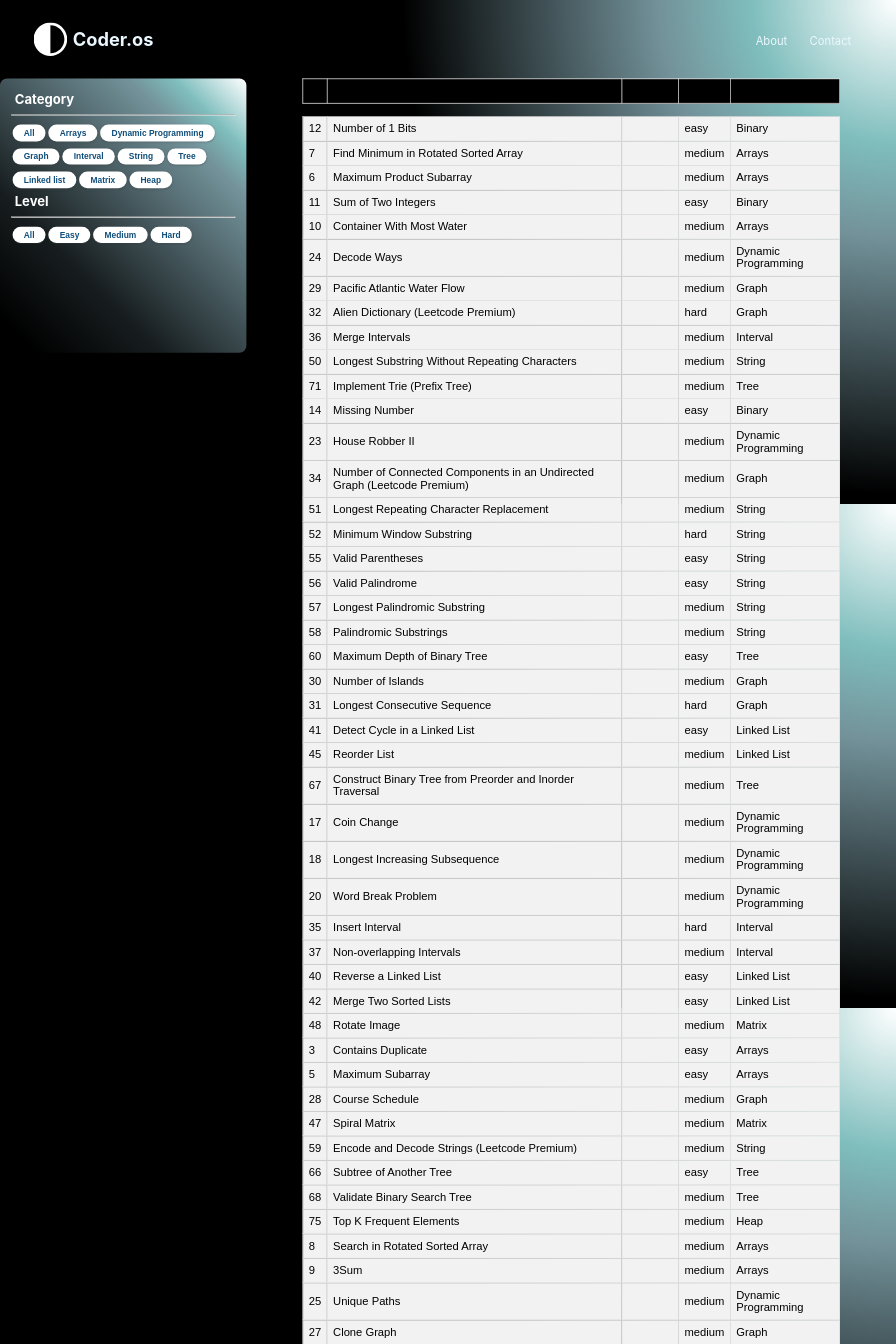
Repository: xoshiraghavx/Coder.os
Page: /mainpage (app in my-app/)
The author's editor kept a copy of each file at every save. The page is drawn from the files as they stood at one save, then again after the next save.
The browser window is 1280 px wide. The pictures show the part of the page from y = 0 to 1920 px (the page is 3026 px tall), at 70% of full size.
Backgrounds fixed to the window are drawn as part of the page. The project was rebuilt for these pictures with package versions that can differ from the ones it lists, and the page was loaded fresh each time. Also part of the build but not shown: my-app/src/components/Home/Home.css, my-app/src/components/Home/Home.jsx.

Above is the page before, as saved 2022-12-17 14:19:19.

### my-app/public/index.html
<!DOCTYPE html>
<html lang="en">
  <head>
    <meta charset="utf-8" />
    <link rel="icon" href="%PUBLIC_URL%/assests/logo.png" />
    <meta name="viewport" content="width=device-width, initial-scale=1" />
    <meta name="theme-color" content="#000000" />
    <meta
      name="description"
      content="Web site created using create-react-app"
    />
    <link rel="apple-touch-icon" href="%PUBLIC_URL%/logo192.png" />
    <!--
      manifest.json provides metadata used when your web app is installed on a
      user's mobile device or desktop. See https://developers.google.com/web/fundamentals/web-app-manifest/
    -->
    <link rel="manifest" href="%PUBLIC_URL%/manifest.json" />
    <!--
      Notice the use of %PUBLIC_URL% in the tags above.
      It will be replaced with the URL of the `public` folder during the build.
      Only files inside the `public` folder can be referenced from the HTML.

      Unlike "/favicon.ico" or "favicon.ico", "%PUBLIC_URL%/favicon.ico" will
      work correctly both with client-side routing and a non-root public URL.
      Learn how to configure a non-root public URL by running `npm run build`.
    -->
    <title>Coder.os</title>
  </head>
  <body>
    <noscript>You need to enable JavaScript to run this app.</noscript>
    <div id="root"></div>
    <!--
      This HTML file is a template.
      If you open it directly in the browser, you will see an empty page.

      You can add webfonts, meta tags, or analytics to this file.
      The build step will place the bundled scripts into the <body> tag.

      To begin the development, run `npm start` or `yarn start`.
      To create a production bundle, use `npm run build` or `yarn build`.
    -->
  </body>
</html>

### my-app/src/index.js
import React from 'react';
import ReactDOM from 'react-dom/client';
import './index.css';
import App from './App';
import {BrowserRouter as Router} from "react-router-dom";


const root = ReactDOM.createRoot(document.getElementById('root'));
root.render(
  <Router>
  <App />
  </Router>

);

// If you want to start measuring performance in your app, pass a function
// to log results (for example: reportWebVitals(console.log))
// or send to an analytics endpoint. Learn more: https://bit.ly/CRA-vitals

### my-app/src/index.css
body {
  height: 100%;
  padding: 0;
  margin: 0;
  font-family: -apple-system, BlinkMacSystemFont, 'Segoe UI', 'Roboto', 'Oxygen',
    'Ubuntu', 'Cantarell', 'Fira Sans', 'Droid Sans', 'Helvetica Neue',
    sans-serif;
  -webkit-font-smoothing: antialiased;
  -moz-osx-font-smoothing: grayscale;
background: rgb(255,255,255);
background: radial-gradient(circle at top right, rgba(255,255,255,1) 0%, rgba(127,190,189,1) 14%, rgba(115,146,154,1) 23%, rgba(0,0,0,1) 48%);
background-repeat: no-repeat;
height: 100%;
background-attachment: fixed;
/* color: #fff; */
}

code {
  font-family: source-code-pro, Menlo, Monaco, Consolas, 'Courier New',
    monospace;
}

/*
===============
Variables
===============
*/

:root {
  /* dark shades of primary color*/
  --clr-primary-1: hsl(205, 86%, 17%);
  --clr-primary-2: hsl(205, 77%, 27%);
  --clr-primary-3: hsl(205, 72%, 37%);
  --clr-primary-4: hsl(205, 63%, 48%);
  /* primary/main color */
  --clr-primary-5: hsl(205, 78%, 60%);
  /* lighter shades of primary color */
  --clr-primary-6: hsl(205, 89%, 70%);
  --clr-primary-7: hsl(205, 90%, 76%);
  --clr-primary-8: hsl(205, 86%, 81%);
  --clr-primary-9: hsl(205, 90%, 88%);
  --clr-primary-10: hsl(205, 100%, 96%);
  /* darkest grey - used for headings */
  --clr-grey-1: hsl(209, 61%, 16%);
  --clr-grey-2: hsl(211, 39%, 23%);
  --clr-grey-3: hsl(209, 34%, 30%);
  --clr-grey-4: hsl(209, 28%, 39%);
  /* grey used for paragraphs */
  --clr-grey-5: hsl(210, 22%, 49%);
  --clr-grey-6: hsl(209, 23%, 60%);
  --clr-grey-7: hsl(211, 27%, 70%);
  --clr-grey-8: hsl(210, 31%, 80%);
  --clr-grey-9: hsl(212, 33%, 89%);
  --clr-grey-10: hsl(210, 36%, 96%);
  --clr-white: #fff;
  --clr-red-dark: hsl(360, 67%, 44%);
  --clr-red-light: hsl(360, 71%, 66%);
  --clr-green-dark: hsl(125, 67%, 44%);
  --clr-green-light: hsl(125, 71%, 66%);
  --clr-black: #222;
  --ff-primary: "Roboto", sans-serif;
  --ff-secondary: "Open Sans", sans-serif;
  --transition: all 0.3s linear;
  --spacing: 0.1rem;
  --radius: 0.25rem;
  --light-shadow: 0 5px 15px rgba(0, 0, 0, 0.1);
  --dark-shadow: 0 5px 15px rgba(0, 0, 0, 0.2);
  --max-width: 1170px;
  --fixed-width: 620px;
}
h1{
  color: var(--clr-primary-10);
}

### my-app/src/App.jsx
import React from "react";
import Home from "./components/Home/Home";
import MainPage from "./components/MainPage/MainPage";
import {Routes, Route} from "react-router-dom";

function App() {
  return (

     <Routes>
        <Route path="/" element={<Home />} />
          <Route path="/mainpage" element={<MainPage />} />
      </Routes>
  );
}

export default App;

### my-app/src/components/MainPage/MainPage.jsx
import "./MainPage.css";
import FilterSection from "./FilterSection";
import QuestionBank from "./QuestionBank";
import NavBar from "../NavBar/Navbar";

function MainPage() {
  return (
    <div>
      <NavBar />
      <div className="main-section">
        <FilterSection />
        <QuestionBank />
      </div>
    </div>
  );
}

export default MainPage;

### my-app/src/components/NavBar/Navbar.jsx
import "./NavBar.css";

function NavBar() {
  return (
    <div className="navbar">
      <div className="navbar-wrapper">
        <div className="navbar-logo">
          <img src="assests/code-simple.svg" alt="" />
          <div className="nav-bar-logo__name">Coder.os</div>
        </div>
        <div className="navbar-list">
          <ul>
            <li>
              <a>About</a>
            </li>
            <li>
              <a>Contact</a>
            </li>
          </ul>
        </div>
      </div>
    </div>
  );
}

export default NavBar;

### my-app/src/components/MainPage/MainPage.css

.main-section {
  display: flex;
  flex-direction: row;
}
@media only screen and (max-width: 1100px){
  .main-section{
      display: flex;
     flex-direction: column;
  }
}

### my-app/src/components/MainPage/FilterSection.jsx
import React from "react";
import "./FilterSection.css";

function FilterSection() {
  const Button = [
    {
      Name: "All",
    },
    {
      Name: "Arrays",
    },
    {
      Name: "Dynamic Programming",
    },
    {
      Name: "Graph",
    },
    {
      Name: "Interval",
    },
    {
      Name: "String",
    },
    {
      Name: "Tree",
    },
    {
      Name: "Linked list",
    },
    {
      Name: "Matrix",
    },
    {
      Name: "Heap",
    },
  ];
  const Level = [
    {
      Name: 'All',
    },
    {
      Name: 'Easy',
    },
    {
      Name: 'Medium',
    },
    {
      Name: 'Hard',
    }
  ]
  return (
    <div>
      <div className="filter-section">
        <div className="category">
          <div className="category-heading">
            <h3 className="title">Category</h3>
            <hr />
          </div>
          <div className="category-buttons">
          {Button.map((button) => (
            <button className="buttons">{button.Name}</button>
          ))}
          </div>
        </div>

        <div className="level">
          <div className="level-heading">
            <h3 className="title">Level</h3>
            <hr />
          </div>
        </div>
        <div className="level-buttons">
          {
            Level.map((level)=>(
              <button className="buttons">{level.Name}</button>
            ))
          }

        </div>
      </div>
    </div>
  );
}

export default FilterSection;

### my-app/src/components/MainPage/QuestionBank.jsx
import React from "react";
import "./QuestionBank.css";
import Questions from "../../assests/updated.json";


function QuestionBank() {
  const img =() =>{
    return
  }
  return (
    <div>
      <div className="ques-section">
        <table id="customer">
          <tr>
            <th>Id</th>
            <th>Name</th>
            <th>Solution</th>
            <th>Level</th>
            <th>Category</th>
          </tr>
          <br />
          {Questions.map((question) => (
            <>
              <tr>
                <td>{question.Id}</td>
                <td className="name">{question.Name}</td>
                <td>{img}</td>
                <td>{question.Level}</td>
                <td>{question.Category}</td>
              </tr>
            </>
          ))}
        </table>
      </div>
    </div>
  );
}

export default QuestionBank;

### my-app/src/components/NavBar/NavBar.css
.navbar-wrapper{
    height: auto;
    display: flex;
    flex-direction: row;
    padding: 2rem 3rem;
}
.navbar-logo img{
    height: 3rem;
}
.navbar-logo{
    display: flex;
    flex-direction: row;
    color: var(--clr-primary-10);
}
.nav-bar-logo__name{
    margin: 0.5rem;
    font-weight: bold;
    font-size: 26px;
}
.navbar-list ul{
    list-style-type: none;
    display: flex;
    flex-direction: row;
    margin: 0;
    padding: 0rem 3rem;
}
.navbar-list li a{
    padding: 0.5rem ;
    margin: 0.5rem;
    color: var(--clr-primary-10);
}
.navbar-list{
    position: absolute;
    right: 0;
    margin-top: 1rem;
}
.navbar-list li :hover{
    color: var(--clr-primary-1);
    cursor: pointer;
    font-size: large;
}
@media only screen and (max-width: 600px){
    .navbar-list ul{
        padding: 0rem;
    }
    .navbar-logo img{
        height: 2.5rem;
    }
   .nav-bar-logo__name{
        font-size: 20px;
    }
}

### my-app/src/components/MainPage/FilterSection.css
.filter-section {
  background: rgb(255, 255, 255);
  background: linear-gradient(
    225deg,
    rgba(255, 255, 255, 1) 0%,
    rgba(173, 213, 213, 1) 9%,
    rgba(136, 195, 194, 1) 13%,
    rgba(127, 190, 189, 1) 14%,
    rgba(115, 146, 154, 1) 23%,
    rgba(23, 29, 31, 1) 69%,
    rgba(0, 0, 0, 1) 93%
  );
  width: 20rem;
  height: 50vh;
  border-radius: 10px;
  border-color: white;
  padding: 1rem;
}
.buttons {
  background-color: white;
  padding: 0.3rem 1rem;
  border-radius: 100px;
  font-size: 12px;
  color: var(--clr-primary-2);
  font-weight: bold;
  margin: 5px 2px;
  box-shadow: rgba(60, 64, 67, 0.3) 0px 1px 2px 0px,
    rgba(60, 64, 67, 0.15) 0px 1px 3px 1px;
  border: none;
}
h3 {
  color: #ffffff;
}
.title {
  margin: auto;
  padding: 2px 5px;
}
.buttons:hover {
  cursor: pointer;
}
@media only screen and (max-width: 1100px){
  .filter-section{
    width: 80%;
    height: 20vh;
  }
}

### my-app/src/components/MainPage/QuestionBank.css
.ques-section{
    position: absolute;
    right: 0;
    margin-right: 5rem;
    width: 60%;
}
th, td {
    padding: 0.5rem;
    border: 1px solid #ddd;
    padding: 8px;
}
th{
    background: #000;
}
.name:hover{
    cursor: pointer;
    text-decoration: underline;
}
table{
    width: 100%;
    font-family: Arial, Helvetica, sans-serif;
    border-collapse: collapse;
}
 table tr:nth-child(even){background-color: #f2f2f2;}
 table tr:nth-child(odd){background-color: #f2f2f2;}

table tr:hover {background-color: #ddd;}

.ques-bar{
   display: flex;
  flex-direction: row;
  font-weight: bold;
  justify-content: space-between;
  background: #ffffff;
  padding: 1rem;
  border-radius: 20px;
}
.ques-bank{
    margin-top: 1rem;
    background: #ffffff;
    padding: 1rem;
    font-weight: bold;
    border-radius: 20px;
}
.ques{
    display: flex;
    flex-direction: row;
    justify-content: space-between;
}
@media only screen and (max-width: 1100px){
    .ques-section{
        position: absolute;
        left: 0;
        top: 23rem;
        width: 80%;
        margin-left: 2rem;
    }
}

Loaded but not shown: my-app/src/assests/updated.json (677 lines, source omitted)

After the next save:
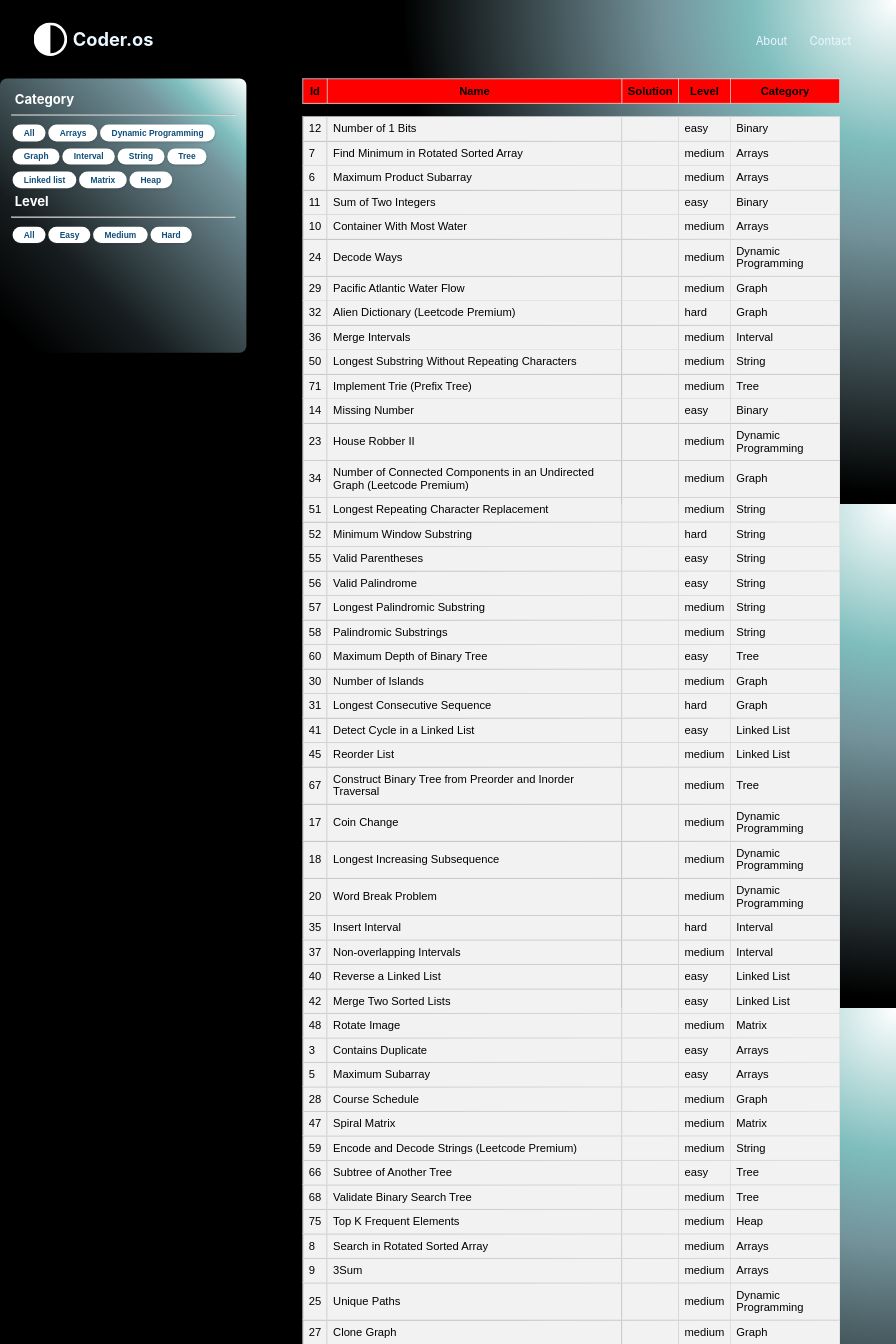
Saved 7 s later.
--- a/my-app/src/components/MainPage/QuestionBank.css
+++ b/my-app/src/components/MainPage/QuestionBank.css
@@ -10,7 +10,7 @@ th, td {
     padding: 8px;
 }
 th{
-    background: #000;
+    background: red;
 }
 .name:hover{
     cursor: pointer;
